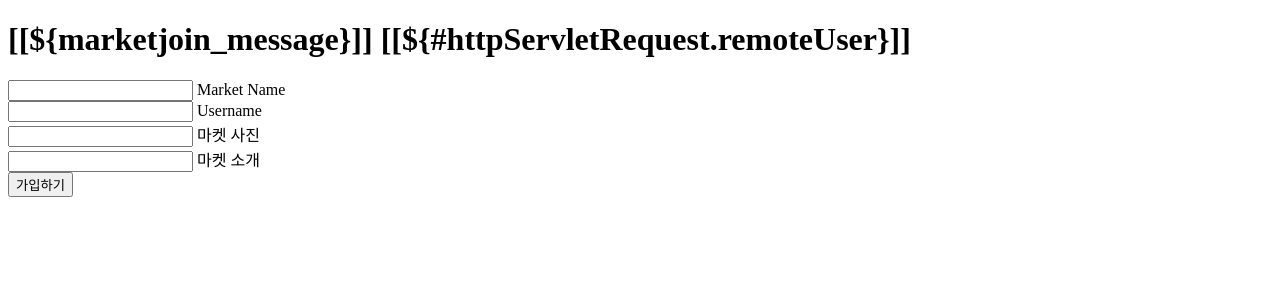
Repository: hisouske/test0325
Page: demo/test0325/src/main/resources/templates/marketjoin.html
The author's editor kept a copy of each file at every save. The page is drawn from the files as they stood at one save, then again after the next save.
The browser window is 1280 px wide. The pictures show the whole page.

Above is the page before, as saved 2020-04-08 15:45:49.

After the next save:
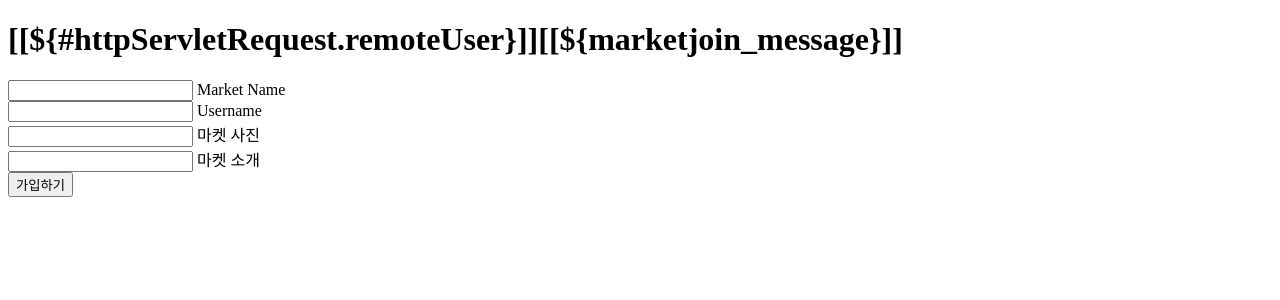
Saved 18 s later.
--- a/demo/test0325/src/main/resources/templates/marketjoin.html
+++ b/demo/test0325/src/main/resources/templates/marketjoin.html
@@ -2,7 +2,7 @@
 
 <html xmlns="http://www.w3.org/1999/xhtml" xmlns:th="https://www.thymeleaf.org" xmlns:sec="https://www.thymeleaf.org/thymeleaf-extras-springsecurity3">
 <form class="signup-form" action="/marketjoinok" method="POST">
-    <h1 class="h3 mb-3 font-weight-normal">[[${marketjoin_message}]] [[${#httpServletRequest.remoteUser}]]
+    <h1 class="h3 mb-3 font-weight-normal">[[${#httpServletRequest.remoteUser}]][[${marketjoin_message}]]
     </h1>
    <!----> <input type="hidden" th:name="${_csrf.parameterName}" th:value="${_csrf.token}" />
    <div class="row">
